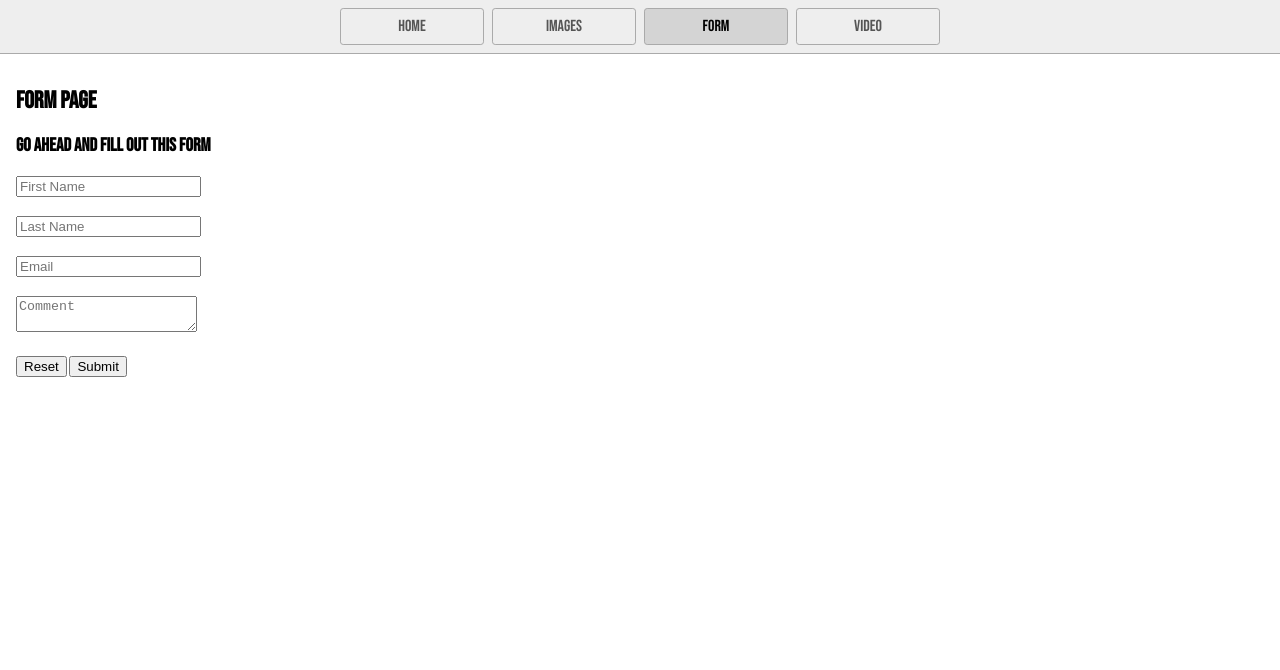
Repository: sebas6292/palmTree-Final
Page: Form.html
An editor plug-in stored every save of this project. The page is shown before and after the next save, followed by the edit.
The browser window is 1280 px wide. The pictures show the whole page.

Above is the page before, as saved 2023-05-27 19:38:43.

### Form.html
<!DOCTYPE html>
<html lang="en">
  <head>
    <title>Home</title>
    <meta charset="UTF-8" />
    <meta name="viewport" content="width=device-width" />

    <link rel="preconnect" href="https://fonts.googleapis.com">
    <link rel="preconnect" href="https://fonts.gstatic.com" crossorigin>
    <link href="https://fonts.googleapis.com/css2?family=Bebas+Neue&display=swap" rel="stylesheet">
    <link rel="stylesheet" href="styles.css" />

  </head>
  <body>
    <nav>
      <a href="/Home.html">Home</a>
      <a href="/Images.html">Images</a>
      <a href="/Form.html" aria-current="page">Form</a>
      <a href="/Video.html">Video</a>
    </nav>
    <main>
      <h1>Form page</h1>
      <h3>Go ahead and fill out this form</h3>
      <form action="/Home.html" target="_blank">

        <input type="text" id="fname" name="fname" placeholder="First Name"><br>
        <br>
        <input type="text" id="lname" name="lname" placeholder="Last Name" ><br>
        <br>
        <input type="text" id="email" name="email" placeholder="Email"><br>
        <br>

        <textarea id="comment" placeholder='Comment' name="comment" ></textarea>
        <br>
        <br>
        <input class="btn" type="reset" value="Reset">
        <input class="btn" type="submit" value="Submit">
      </form>
    </main>
  </body>
</html>

### styles.css
* {
    box-sizing: border-box;
  }

  body {
    margin: 0;
    font-family: 'Bebas Neue', sans-serif;
    color: black;
    background-color: white;
  }
  @keyframes body {
    0%   {background-color: red;}
    25%  {background-color: yellow;}
    50%  {background-color: blue;}
    100% {background-color: green;}
  }
  div {
    width: 100px;
    height: 100px;
    background-color: red;
    animation-name: body;
    animation-duration: 4s;
  }

  nav {
    display: flex;
    flex-wrap: wrap;
    align-items: center;
    justify-content: center;
    padding: 0.5rem;
    gap: 0.5rem;
    border-bottom: solid 1px #aaa;
    background-color: #eee;
  }

  nav a {
    display: inline-block;
    min-width: 9rem;
    padding: 0.5rem;
    border-radius: 0.2rem;
    border: solid 1px #aaa;
    text-align: center;
    text-decoration: none;
    color: #555;
  }

  nav a[aria-current='page'] {
    color: #000;
    background-color: #d4d4d4;
  }

  main {
    padding: 1rem;
  }

  h1 {
    font-weight: bold;
    font-size: 1.5rem;
  }

  .btn:hover {
    background-color: whitesmoke;
    color: red
  }

  img:hover {
    width: 300px;
  }

After the next save:
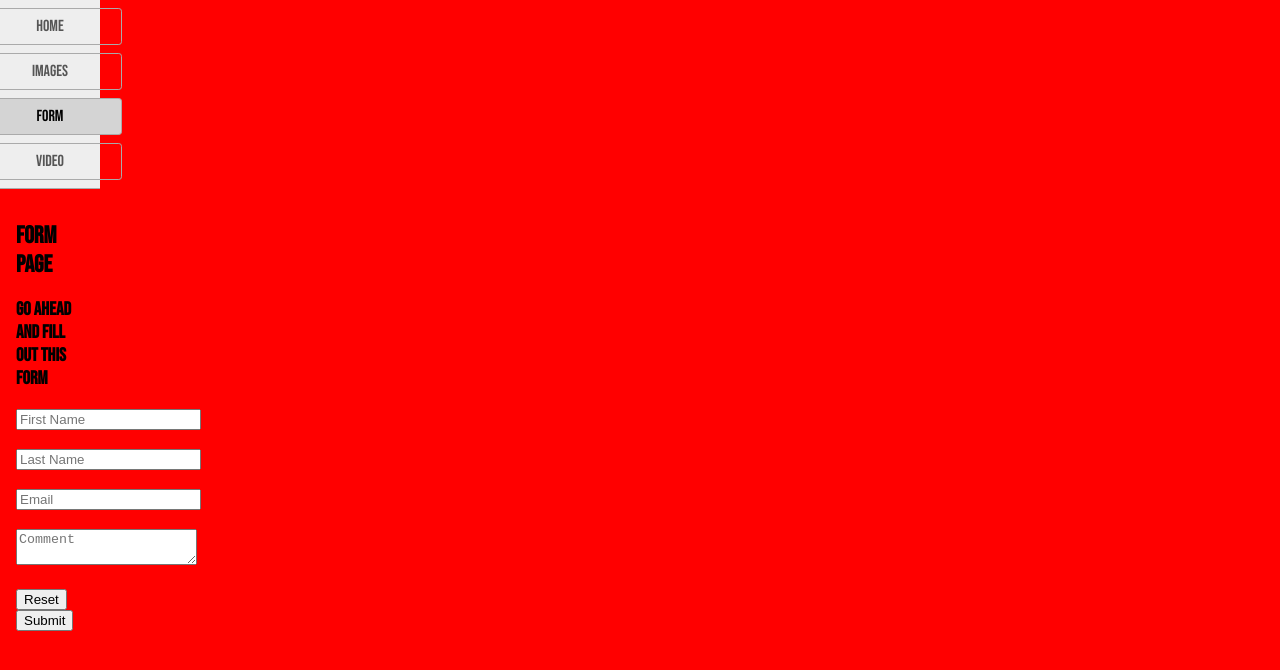
Saved 50 s later.
--- a/styles.css
+++ b/styles.css
@@ -14,7 +14,7 @@
     50%  {background-color: blue;}
     100% {background-color: green;}
   }
-  div {
+  body {
     width: 100px;
     height: 100px;
     background-color: red;
